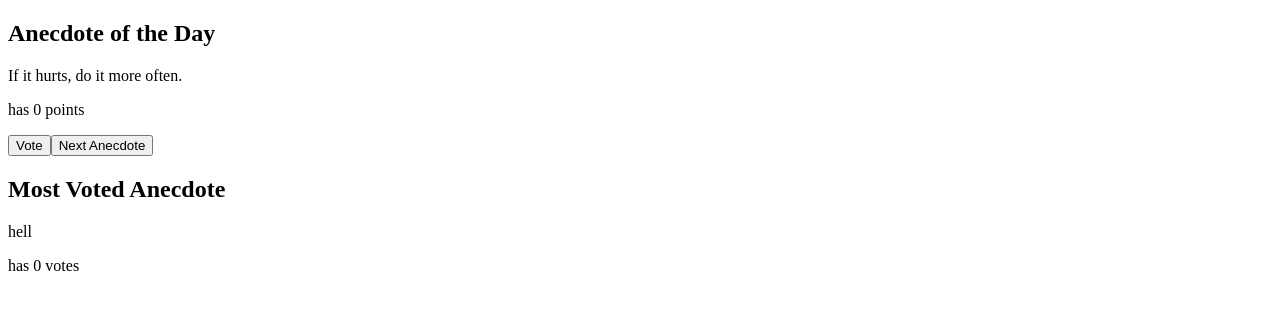
Repository: Wainhouse/Full_Stack_Open_2022
Page: / (app in part2/course_info/)
An editor plug-in stored every save of this project. The page is shown before and after the next save, followed by the edit.
The browser window is 1280 px wide. The pictures show the whole page.
The project was rebuilt for these pictures with package versions that can differ from the ones it lists, and the page was loaded fresh each time.

Above is the page before, as saved 2022-11-24 17:34:43.

### part2/course_info/src/App.js
import { useState } from 'react'

const App = () => {
  const anecdotes = [
    'If it hurts, do it more often.',
    'Adding manpower to a late software project makes it later!',
    'The first 90 percent of the code accounts for the first 10 percent of the development time...The remaining 10 percent of the code accounts for the other 90 percent of the development time.',
    'Any fool can write code that a computer can understand. Good programmers write code that humans can understand.',
    'Premature optimization is the root of all evil.',
    'Debugging is twice as hard as writing the code in the first place. Therefore, if you write the code as cleverly as possible, you are, by definition, not smart enough to debug it.',
    'Programming without an extremely heavy use of console.log is same as if a doctor would refuse to use x-rays or blood tests when diagnosing patients.'
  ]

  const Button = ({ handleClick, text }) => (
    <button onClick={handleClick}>{text}</button>
  );

  const [selected, setSelected] = useState(0);
  const [points, setPoints] = useState(new Array(anecdotes.length).fill(0));
  const highestVoted = points.indexOf(Math.max(...points));


  const handleClickNext = () => {
    setSelected(Math.floor(Math.random() * anecdotes.length));

  };

  const voteForAnecdote = () => {
    const newPoints = [...points];
    newPoints[selected] += 1;
    setPoints(newPoints);
  };

  return (
    <div>
      <h2>Anecdote of the Day</h2>
      <p>{anecdotes[selected]}</p>
      <p>has {points[selected]} points</p>
      <Button handleClick={() => voteForAnecdote()} text= "Vote" />
      <Button handleClick={() => handleClickNext()} text = "Next Anecdote" />
      <h2>Most Voted Anecdote</h2>
      <p>hell{selected[highestVoted]}</p>
      <p>has {points[highestVoted]} votes</p>
    </div>
  );
};

export default App

Loaded but not shown: part2/course_info/public/index.html (common file); part2/course_info/src/index.js (common file)

After the next save:
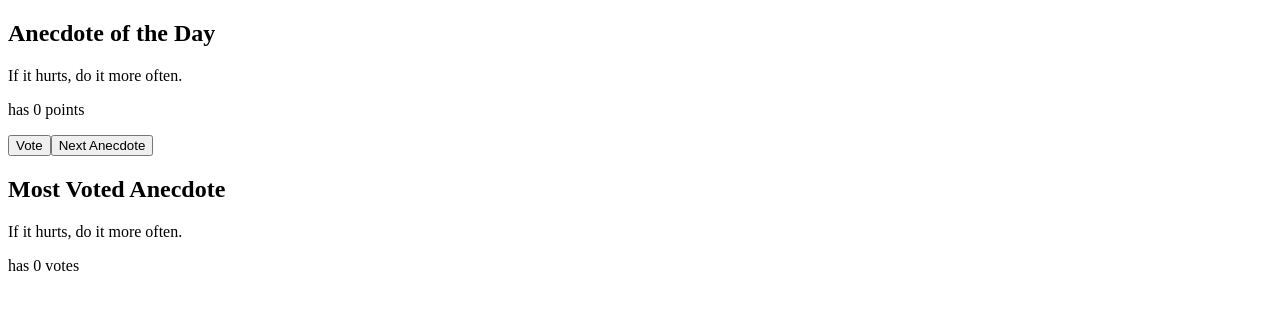
Saved 25 s later.
--- a/part2/course_info/src/App.js
+++ b/part2/course_info/src/App.js
@@ -39,7 +39,7 @@ const App = () => {
       <Button handleClick={() => voteForAnecdote()} text= "Vote" />
       <Button handleClick={() => handleClickNext()} text = "Next Anecdote" />
       <h2>Most Voted Anecdote</h2>
-      <p>hell{selected[highestVoted]}</p>
+      <p>{anecdotes[highestVoted]}</p>
       <p>has {points[highestVoted]} votes</p>
     </div>
   );
